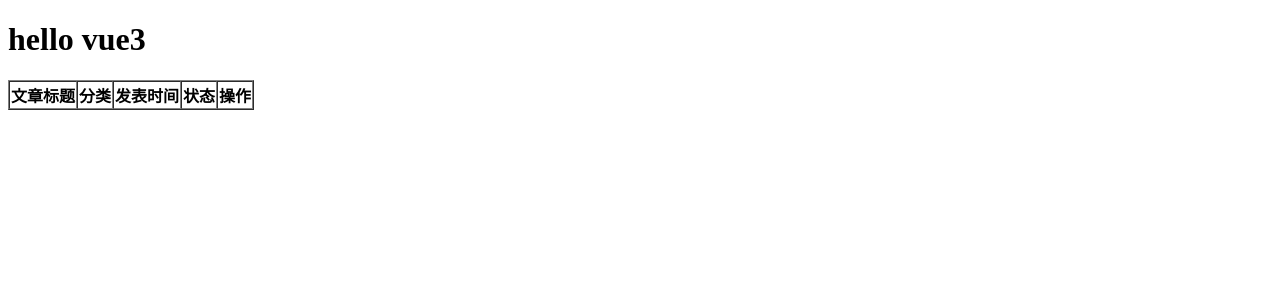
Repository: Viana05/MRGIS_front
Page: vue_learn.html
The author's editor kept a copy of each file at every save. The page is drawn from the files as they stood at one save, then again after the next save.
The browser window is 1280 px wide. The pictures show the whole page.

Above is the page before, as saved 2025-03-10 17:12:19.

After the next save:
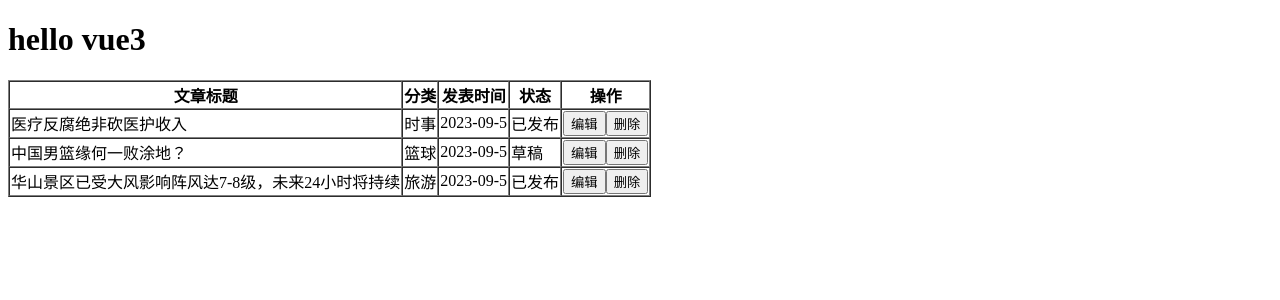
Saved 2 min 58 s later.
--- a/vue_learn.html
+++ b/vue_learn.html
@@ -12,11 +12,22 @@
       <!-- 数组数据 -->
       <table border="1 solid" colspa="0" cellspacing="0">
         <tr>
-          <th>文章标题</th>
-          <th>分类</th>
-          <th>发表时间</th>
-          <th>状态</th>
-          <th>操作</th>
+            <th>文章标题</th>
+            <th>分类</th>
+            <th>发表时间</th>
+            <th>状态</th>
+            <th>操作</th>
+        </tr>
+        <!-- 出现多次tr -->
+        <tr v-for="(article,index) in articleList">
+            <td>{{article.title}}</td>
+            <td>{{article.category}}</td>
+            <td>{{article.time}}</td>
+            <td>{{article.state}}</td>
+            <td>
+                <button>编辑</button>
+                <button>删除</button>
+            </td>
         </tr>
       </table>
     </div>
